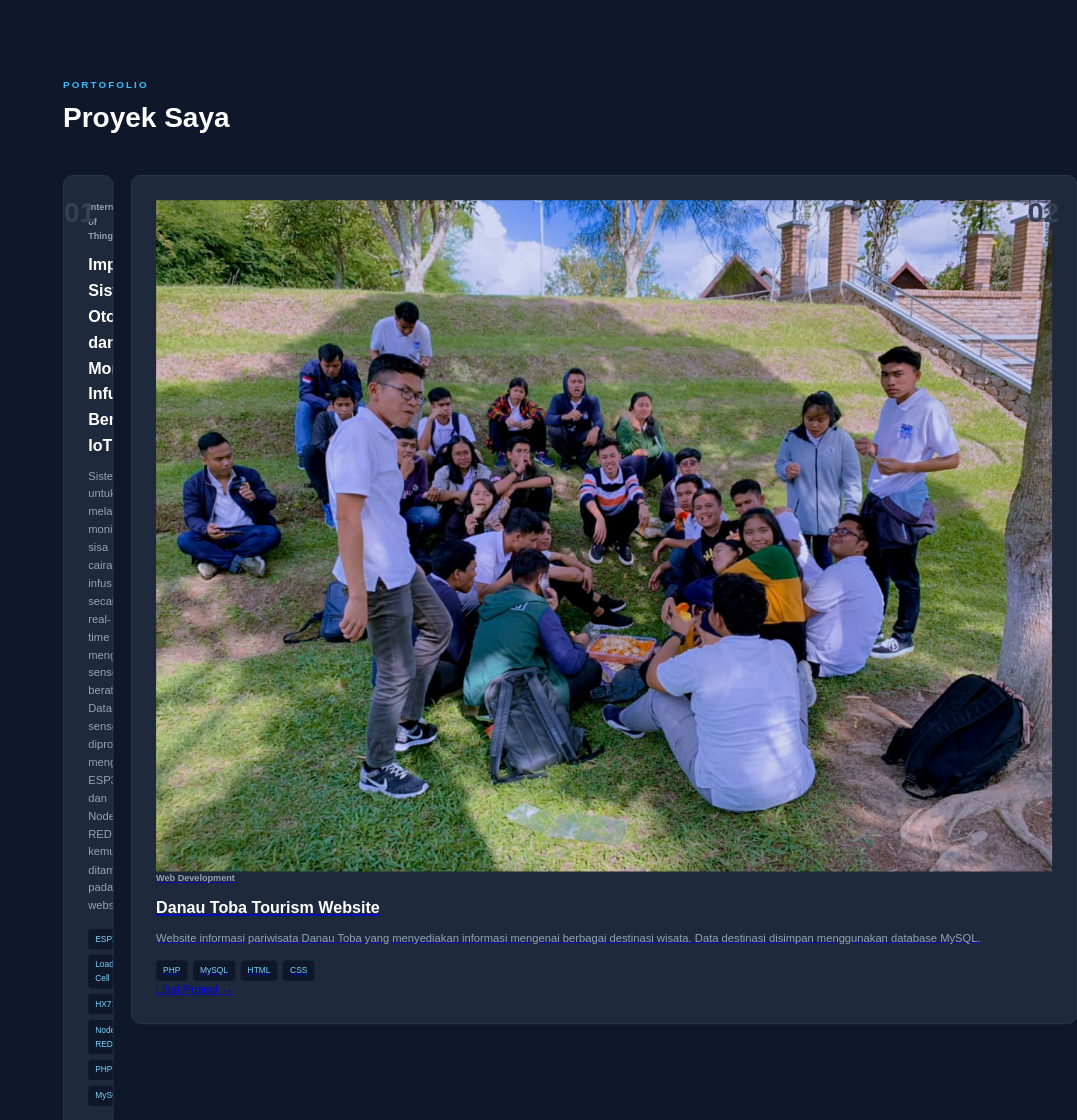
Repository: Sintong1117/Project1
Page: Index.html
These files come from the project's save history. The page is drawn as it stood at one moment and after the next save; the edit follows.
The browser window is 1280 px wide. The page is 1539 px wide, then 1280 px, so the pictures cover 1539 px, including what lies to the right of the window. The pictures show the part of the page from y = 2180 to 3780 px (the page is 6714 px tall before and 5102 px after), at 70% of full size.

Above is the page before, as saved 2026-09-14 09:22:02.
Console error: TypeError: "" is not a function

After the next save:
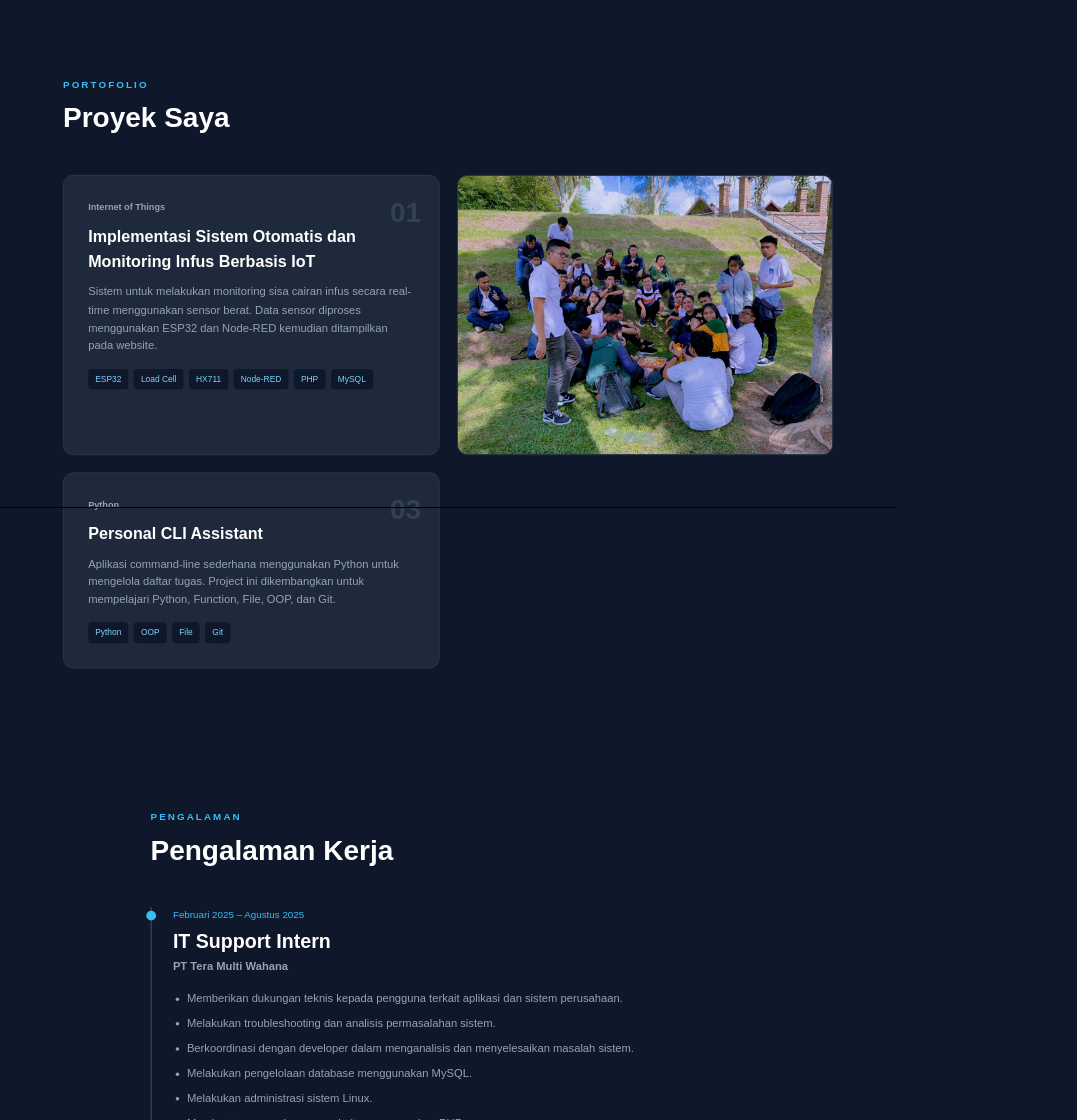
Saved 117 s later.
--- a/style.css
+++ b/style.css
@@ -421,6 +421,115 @@ header {
     margin-bottom: 10px;
 }
 
+/* ==============================
+   PROJECT IMAGE HOVER
+============================== */
+
+.project-link {
+    display: block;
+    text-decoration: none;
+    color: inherit;
+}
+
+.project-image-card {
+    position: relative;
+    height: 400px;
+    padding: 0;
+    overflow: hidden;
+    cursor: pointer;
+}
+
+/* GAMBAR */
+
+.project-image {
+    width: 100%;
+    height: 100%;
+    object-fit: cover;
+    display: block;
+
+    transition: transform 0.5s ease;
+}
+
+
+/* OVERLAY */
+
+.project-overlay {
+    position: absolute;
+
+    inset: 0;
+
+    display: flex;
+    align-items: flex-end;
+
+    padding: 35px;
+
+    background: linear-gradient(to top,
+            rgba(15, 23, 42, 0.98),
+            rgba(15, 23, 42, 0.7),
+            rgba(15, 23, 42, 0.1));
+
+    opacity: 0;
+
+    transition: opacity 0.4s ease;
+}
+
+
+/* KONTEN */
+
+.project-overlay .project-content {
+    transform: translateY(30px);
+
+    transition: transform 0.4s ease;
+}
+
+
+/* HOVER */
+
+.project-image-card:hover .project-overlay {
+    opacity: 1;
+}
+
+.project-image-card:hover .project-image {
+    transform: scale(1.08);
+}
+
+.project-image-card:hover .project-content {
+    transform: translateY(0);
+}
+
+
+/* NOMOR PROJECT */
+
+.project-image-card .project-number {
+    top: 20px;
+    right: 25px;
+}
+
+
+/* BUTTON */
+
+.project-button {
+    display: inline-block;
+
+    margin-top: 20px;
+
+    padding: 9px 16px;
+
+    border: 1px solid #38bdf8;
+    border-radius: 6px;
+
+    color: #38bdf8;
+
+    font-size: 13px;
+    font-weight: bold;
+
+    transition: 0.3s;
+}
+
+.project-button:hover {
+    background: #38bdf8;
+    color: #0f172a;
+}
 
 /* ==============================
    EDUCATION
